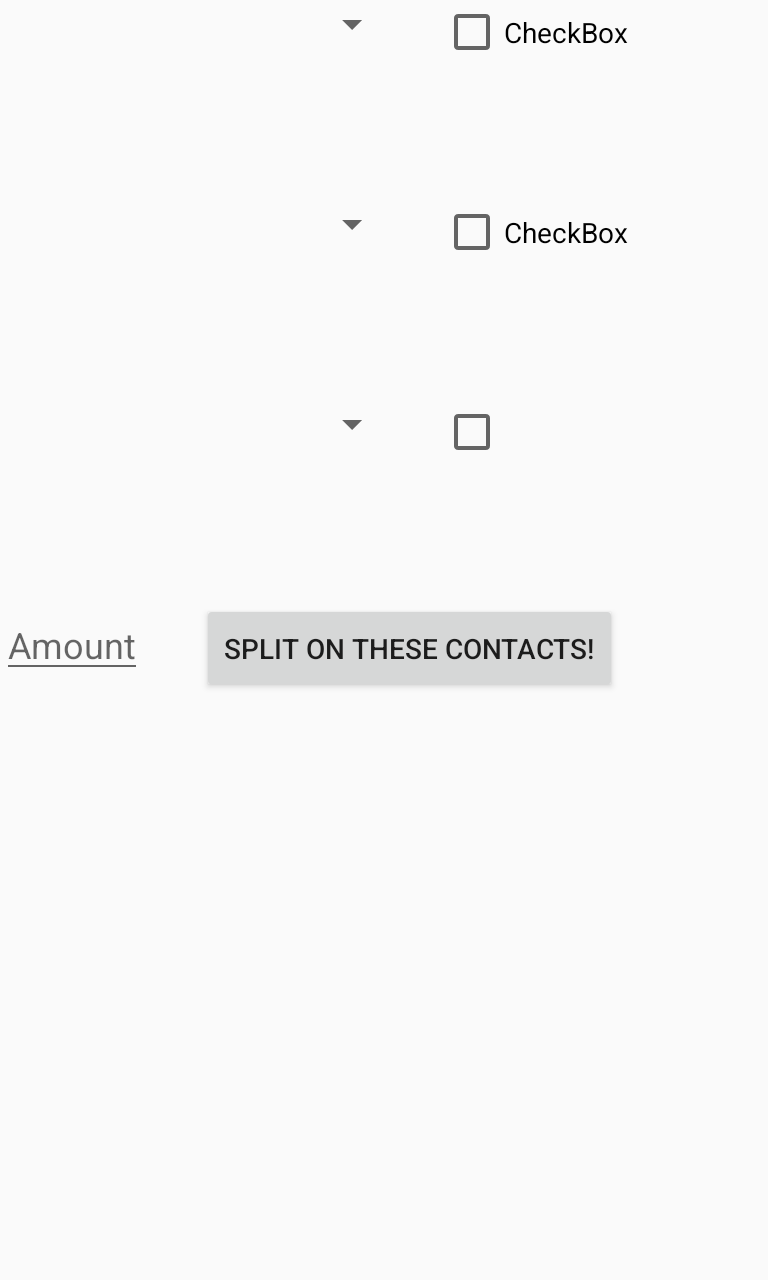
Repository: wisingd/Dajoroli
Layout: Workspace/SplitIt/res/layout/activity_split_adebt.xml
An editor plug-in stored every save of this project. The layout is shown before and after the next save, followed by the edit.
It is drawn on a 768 x 1280 px phone screen (xhdpi) without system bars, with theme AppTheme; the app's code is not run.

Above is the layout before, as saved 2014-05-16 12:45:18.

### Workspace/SplitIt/res/layout/activity_split_adebt.xml
<FrameLayout xmlns:android="http://schemas.android.com/apk/res/android"
    xmlns:tools="http://schemas.android.com/tools"
    android:id="@+id/container"
    android:layout_width="match_parent"
    android:layout_height="match_parent"
    tools:context="com.example.splitit.SplitADebt"
    tools:ignore="MergeRootFrame" >

    <Spinner
        android:id="@+id/spinner1"
        android:layout_width="200dp"
        android:layout_height="wrap_content" />

    <Spinner
        android:id="@+id/spinner2"
        android:layout_width="200dp"
        android:layout_height="wrap_content"
        android:layout_marginTop="100dp" />

    <Spinner
        android:id="@+id/spinner3"
        android:layout_width="200dp"
        android:layout_height="wrap_content"
        android:layout_marginTop="200dp" />

    <EditText
        android:id="@+id/debt_amount"
        android:layout_width="wrap_content"
        android:layout_height="wrap_content"
        android:layout_marginTop="300dp"
        android:hint="@string/amount"
        android:inputType="number" />

    <Button
        android:layout_width="wrap_content"
        android:layout_height="wrap_content"
        android:layout_marginLeft="100dp"
        android:layout_marginTop="300dp"
        android:onClick="splitIt"
        android:text="@string/splitOnThree" />

    <CheckBox
        android:id="@+id/checkBox1"
        android:layout_width="wrap_content"
        android:layout_height="wrap_content"
        android:text="CheckBox"
        android:layout_marginLeft="220dp"/>

    <CheckBox
        android:id="@+id/checkBox2"
        android:layout_width="wrap_content"
        android:layout_height="wrap_content"
        android:layout_marginLeft="220dp"
        android:layout_marginTop="100dp"
        android:text="CheckBox"/>

    <CheckBox
        android:id="@+id/checkBox3"
        android:layout_width="wrap_content"
        android:layout_height="wrap_content"
        android:layout_marginLeft="220dp"
        android:layout_marginTop="200dp"

        />

</FrameLayout>

### Workspace/SplitIt/res/values/strings.xml
<?xml version="1.0" encoding="utf-8"?>
<resources>

    <string name="app_name">Split It</string>
    <string name="action_settings">Settings</string>
    <string name="contact_name">Contact name</string>
    <string name="button_create_contact">Create contact!</string>
    <string name="title_activity_display_message">New Activity</string>
    <string name="information_text">Amount to the left, contact to the right</string>
    <string name="view_contacts">View contacts</string>
    <string name="amount">Amount</string>
    <string name="contact">Name</string>
    <string name="they_owe_me">They owe me</string>
    <string name="i_owe_them">I owe them</string>
    <string name="startDebtMenu">Debt menu</string>
    <string name="startContactMenu">Contact menu</string>
    <string name="number">Contact phone number</string>
    <string name="erase_contacts">Erase contacts</string>
    <string name="name">Name</string>
    <string name="split_debt">Split a debt</string>
    <string name="title_activity_split_adebt">SplitADebt</string>
    <string name="hello_world">Hello world!</string>
    <string name="splitOnThree">Split on these contacts!</string>
    <string name="title_activity_daniels_test">DanielsTest</string>

</resources>

Loaded but not shown: Workspace/SplitIt/res/values/styles.xml (common file); Workspace/SplitIt/res/values-v11/styles.xml (common file); Workspace/SplitIt/res/values-v14/styles.xml (common file)

After the next save:
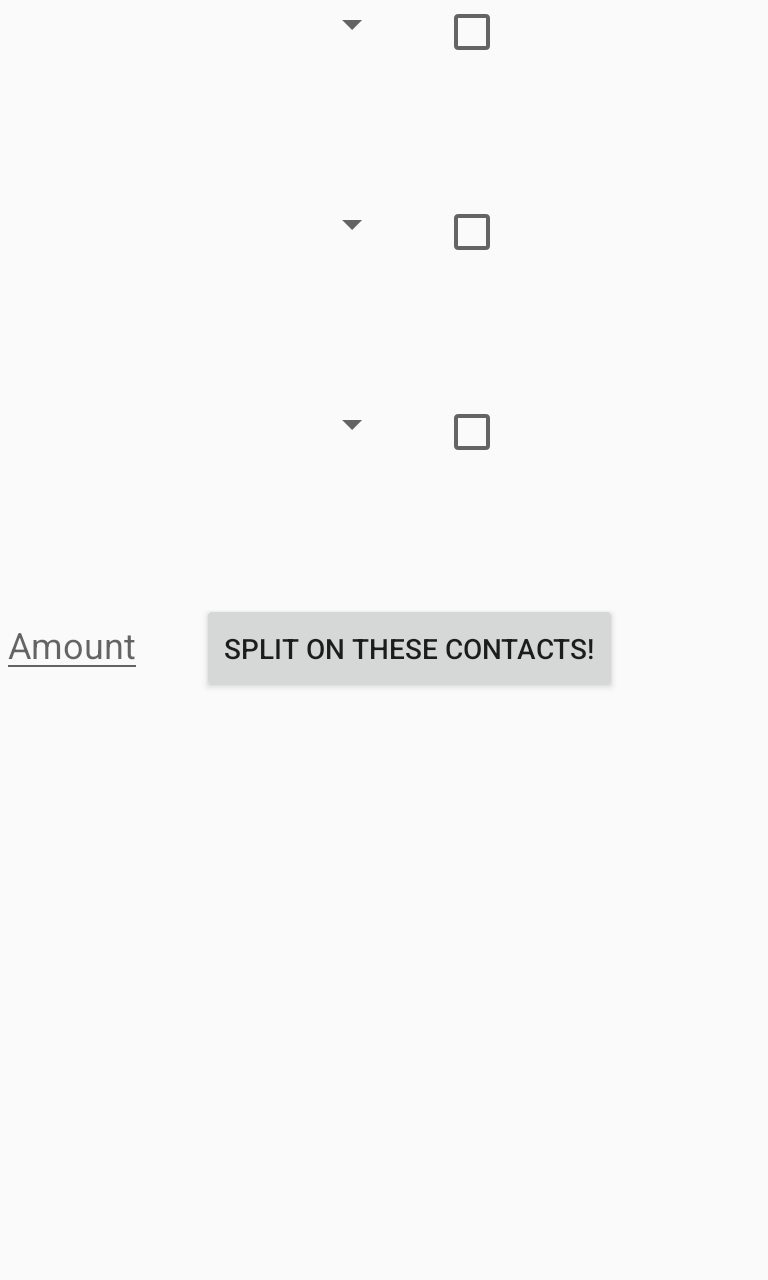
Saved 51 s later.
--- a/Workspace/SplitIt/res/layout/activity_split_adebt.xml
+++ b/Workspace/SplitIt/res/layout/activity_split_adebt.xml
@@ -43,7 +43,6 @@
         android:id="@+id/checkBox1"
         android:layout_width="wrap_content"
         android:layout_height="wrap_content"
-        android:text="CheckBox"
         android:layout_marginLeft="220dp"/>
 
     <CheckBox
@@ -51,8 +50,7 @@
         android:layout_width="wrap_content"
         android:layout_height="wrap_content"
         android:layout_marginLeft="220dp"
-        android:layout_marginTop="100dp"
-        android:text="CheckBox"/>
+        android:layout_marginTop="100dp"/>
 
     <CheckBox
         android:id="@+id/checkBox3"
@@ -60,7 +58,6 @@
         android:layout_height="wrap_content"
         android:layout_marginLeft="220dp"
         android:layout_marginTop="200dp"
-
         />
 
 </FrameLayout>
